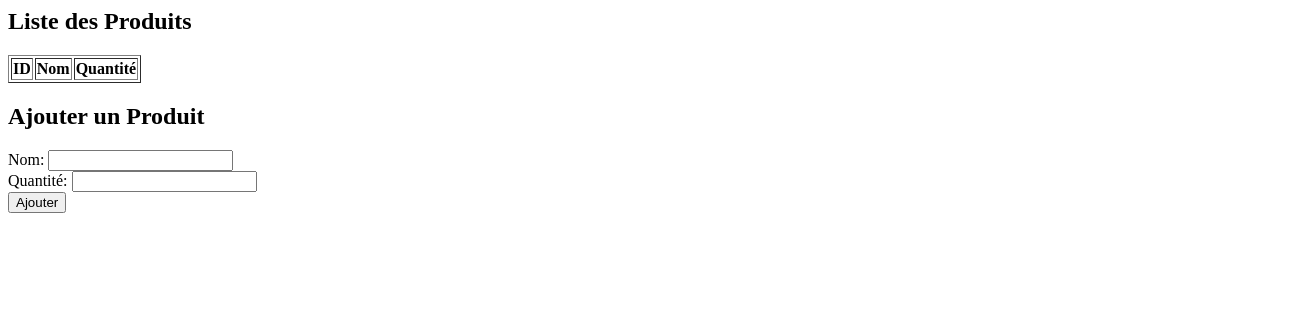
Repository: youssefeddib/ManagSport
Page: http://localhost/Application_du_gestion/
The author's editor kept a copy of each file at every save. The page is drawn from the files as they stood at one save, then again after the next save.
The browser window is 1280 px wide. The page is 1280 px wide, then 1295 px, so the pictures cover 1295 px, including what lies to the right of the window. The pictures show the whole page.
The page is served by Tomcat 9. Other server files are loaded and not shown. Queries for data that is not in the repository find no rows.

Above is the page before, as saved 2025-02-12 16:18:41.

### Application du gestion/src/main/webapp/index.jsp

<%@ page import="java.sql.*" %>
<html>
<head><title>Gestion de Stock</title></head>
<body>
    <h2>Liste des Produits</h2>
    <table border="1">
        <tr>
            <th>ID</th>
            <th>Nom</th>
            <th>Quantité</th>
        </tr>
        <%
            Class.forName("com.mysql.cj.jdbc.Driver");
            Connection conn = DriverManager.getConnection("jdbc:mysql://localhost:3306/stock_db", "root", "");
            Statement stmt = conn.createStatement();
            ResultSet rs = stmt.executeQuery("SELECT * FROM products");
            while(rs.next()) {
        %>
        <tr>
            <td><%= rs.getInt("id") %></td>
            <td><%= rs.getString("name") %></td>
            <td><%= rs.getInt("quantity") %></td>
        </tr>
        <% } conn.close(); %>
    </table>

    <h2>Ajouter un Produit</h2>
    <form action="StockServlet" method="post">
        Nom: <input type="text" name="name" required><br>
        Quantité: <input type="number" name="quantity" required><br>
        <input type="submit" value="Ajouter">
    </form>
</body>
</html>

After the next save:
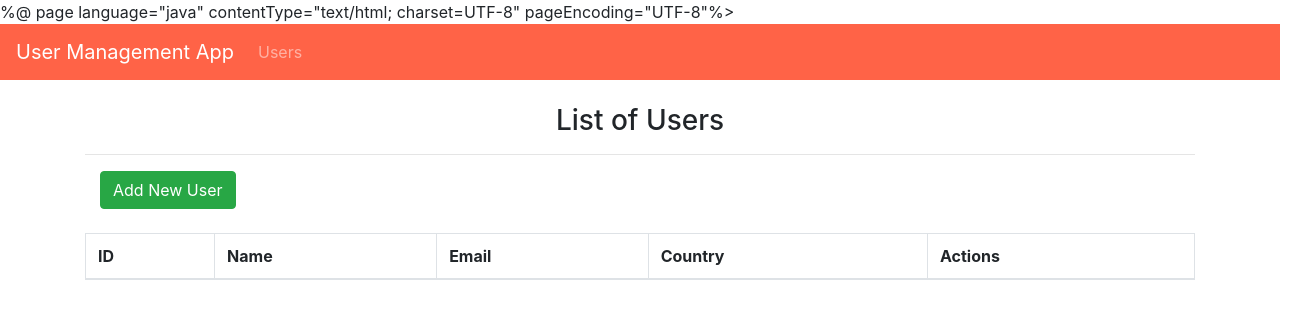
Saved 2 min 29 s later.
--- a/Application du gestion/src/main/webapp/index.jsp
+++ b/Application du gestion/src/main/webapp/index.jsp
@@ -1,35 +1,77 @@
+%@ page language="java" contentType="text/html; charset=UTF-8"
+ pageEncoding="UTF-8"%>
+    <%@ taglib uri="http://java.sun.com/jsp/jstl/core" prefix="c"%>
+        <html>
 
-<%@ page import="java.sql.*" %>
-<html>
-<head><title>Gestion de Stock</title></head>
-<body>
-    <h2>Liste des Produits</h2>
-    <table border="1">
-        <tr>
-            <th>ID</th>
-            <th>Nom</th>
-            <th>Quantité</th>
-        </tr>
-        <%
-            Class.forName("com.mysql.cj.jdbc.Driver");
-            Connection conn = DriverManager.getConnection("jdbc:mysql://localhost:3306/stock_db", "root", "");
-            Statement stmt = conn.createStatement();
-            ResultSet rs = stmt.executeQuery("SELECT * FROM products");
-            while(rs.next()) {
-        %>
-        <tr>
-            <td><%= rs.getInt("id") %></td>
-            <td><%= rs.getString("name") %></td>
-            <td><%= rs.getInt("quantity") %></td>
-        </tr>
-        <% } conn.close(); %>
-    </table>
+        <head>
+            <title>User Management Application</title>
+            <link rel="stylesheet" href="https://stackpath.bootstrapcdn.com/bootstrap/4.3.1/css/bootstrap.min.css" integrity="sha384-ggOyR0iXCbMQv3Xipma34MD+dH/1fQ784/j6cY/iJTQUOhcWr7x9JvoRxT2MZw1T" crossorigin="anonymous">
+        </head>
 
-    <h2>Ajouter un Produit</h2>
-    <form action="StockServlet" method="post">
-        Nom: <input type="text" name="name" required><br>
-        Quantité: <input type="number" name="quantity" required><br>
-        <input type="submit" value="Ajouter">
-    </form>
-</body>
-</html>
+        <body>
+
+            <header>
+                <nav class="navbar navbar-expand-md navbar-dark" style="background-color: tomato">
+                    <div>
+                        <a href="https://www.javaguides.net" class="navbar-brand"> User
+     Management App </a>
+                    </div>
+
+                    <ul class="navbar-nav">
+                        <li><a href="<%=request.getContextPath()%>/list" class="nav-link">Users</a></li>
+                    </ul>
+                </nav>
+            </header>
+            <br>
+
+            <div class="row">
+                <!-- <div class="alert alert-success" *ngIf='message'>{{message}}</div> -->
+
+                <div class="container">
+                    <h3 class="text-center">List of Users</h3>
+                    <hr>
+                    <div class="container text-left">
+
+                        <a href="<%=request.getContextPath()%>/new" class="btn btn-success">Add
+     New User</a>
+                    </div>
+                    <br>
+                    <table class="table table-bordered">
+                        <thead>
+                            <tr>
+                                <th>ID</th>
+                                <th>Name</th>
+                                <th>Email</th>
+                                <th>Country</th>
+                                <th>Actions</th>
+                            </tr>
+                        </thead>
+                        <tbody>
+                            <!--   for (Todo todo: todos) {  -->
+                            <c:forEach var="user" items="${listUser}">
+
+                                <tr>
+                                    <td>
+                                        <c:out value="${user.id}" />
+                                    </td>
+                                    <td>
+                                        <c:out value="${user.name}" />
+                                    </td>
+                                    <td>
+                                        <c:out value="${user.email}" />
+                                    </td>
+                                    <td>
+                                        <c:out value="${user.country}" />
+                                    </td>
+                                    <td><a href="edit?id=<c:out value='${user.id}' />">Edit</a> &nbsp;&nbsp;&nbsp;&nbsp; <a href="delete?id=<c:out value='${user.id}' />">Delete</a></td>
+                                </tr>
+                            </c:forEach>
+                            <!-- } -->
+                        </tbody>
+
+                    </table>
+                </div>
+            </div>
+        </body>
+
+        </html>
